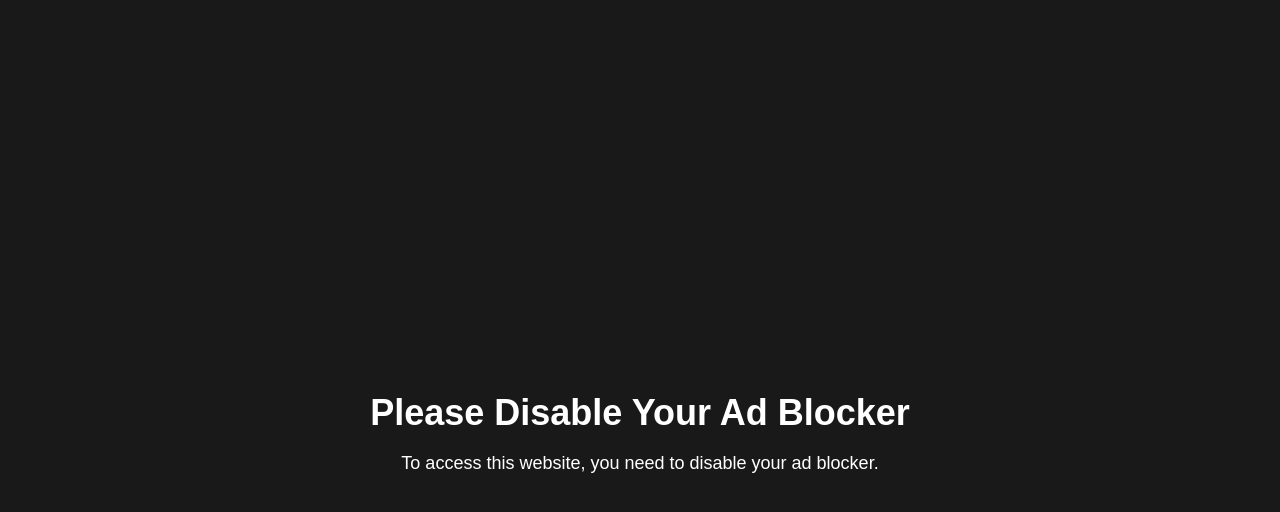
Repository: saroeuntola/we-share
Page: http://localhost/ad-blocker.php
These files come from the project's save history. The page is drawn as it stood at one moment and after a run of saves; the edit follows.
The browser window is 1280 px wide. The pictures show the whole page.
Some web libraries are served in a nearby version. The page is run by PHP 8.4 with error messages shown; the project is at /var/www/html/.

Above is the page before, as saved 2025-08-29 13:02:44.

### ad-blocker.php
<!DOCTYPE html>
<html lang="en">

<head>
    <meta charset="UTF-8">
    <meta name="viewport" content="width=device-width, initial-scale=1.0">
    <title>My Site</title>

    <!-- Tailwind v5 CDN -->
    <script src="https://cdn.tailwindcss.com"></script>

    <style>
        /* Full-page overlay for adblock message */
        #adblock-message {
            display: none;
            position: fixed;
            inset: 0;
            background-color: rgba(0, 0, 0, 0.9);
            color: white;
            text-align: center;
            padding-top: 150px;
            z-index: 9999;
            font-family: sans-serif;
        }
    </style>
</head>

    <div id="adblock-message" class="flex flex-col items-center justify-center">
        <h1 class="text-4xl font-bold mb-4">Please Disable Your Ad Blocker</h1>
        <p class="text-lg">To access this website, you need to disable your ad blocker.</p>
    </div>

    <script>
        let baitElements = [];

        const adClasses = ['adsbox', 'adsbygoogle', 'ad-banner', 'advert', 'ad-container'];

        adClasses.forEach(cls => {
            let div = document.createElement('div');
            div.className = cls;
            div.style.width = '1px';
            div.style.height = '1px';
            div.style.position = 'absolute';
            div.style.top = '-1000px';
            document.body.appendChild(div);
            baitElements.push(div);
        });


        let adBlocked = false;

        function showAdBlockMessage() {
            const msg = document.getElementById('adblock-message');
            msg.style.display = 'flex';
            document.body.style.overflow = 'hidden';
        }

        window.addEventListener('load', function() {
            baitElements.forEach(div => {
                if (!div || div.offsetParent === null || div.offsetHeight === 0 || div.offsetWidth === 0) {
                    adBlocked = true;
                }
                // Clean up
                if (div) div.remove();
            });

            const adScript = document.createElement('script');
            adScript.src = 'https://pagead2.googlesyndication.com/pagead/js/adsbygoogle.js';
            adScript.async = true;
            adScript.onerror = function() {
                adBlocked = true;
                showAdBlockMessage();
            };
            adScript.onload = function() {
                if (adBlocked) showAdBlockMessage();
            };
            document.body.appendChild(adScript);

            // If any bait div detected as blocked
            if (adBlocked) showAdBlockMessage();
        });
    </script>

</body>

</html>

After the next 6 saves:
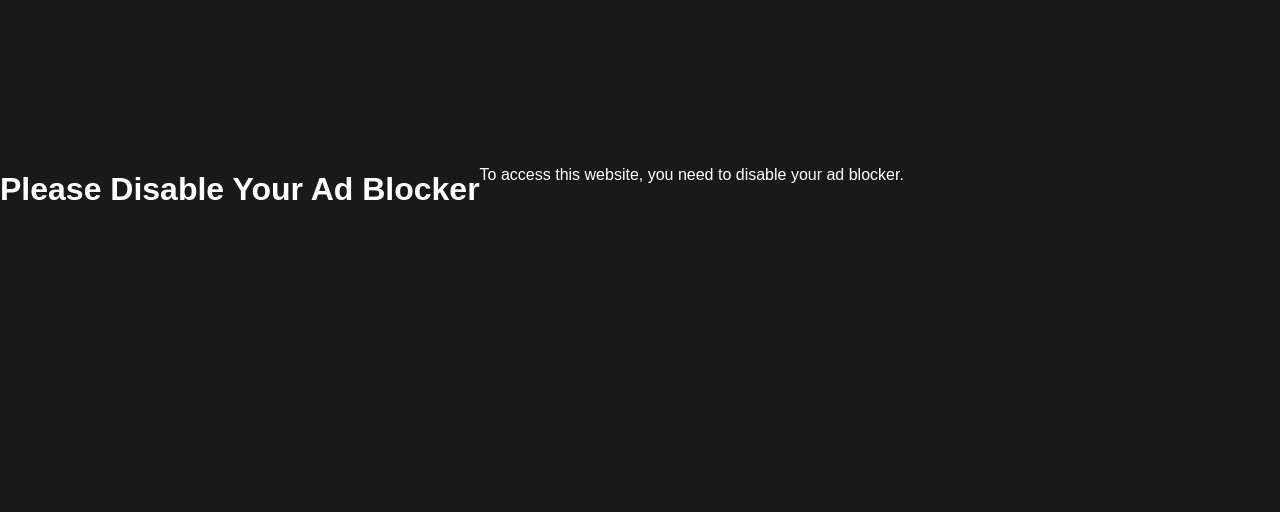
The 6 saves are shown as one change because they came seconds apart.
The last was saved 16 s later.
--- a/ad-blocker.php
+++ b/ad-blocker.php
@@ -1,15 +1,5 @@
-<!DOCTYPE html>
-<html lang="en">
 
-<head>
-    <meta charset="UTF-8">
-    <meta name="viewport" content="width=device-width, initial-scale=1.0">
-    <title>My Site</title>
-
-    <!-- Tailwind v5 CDN -->
-    <script src="https://cdn.tailwindcss.com"></script>
-
-    <style>
+<style>
         /* Full-page overlay for adblock message */
         #adblock-message {
             display: none;
@@ -22,8 +12,8 @@
             z-index: 9999;
             font-family: sans-serif;
         }
-    </style>
-</head>
+ </style>
+
 
     <div id="adblock-message" class="flex flex-col items-center justify-center">
         <h1 class="text-4xl font-bold mb-4">Please Disable Your Ad Blocker</h1>
